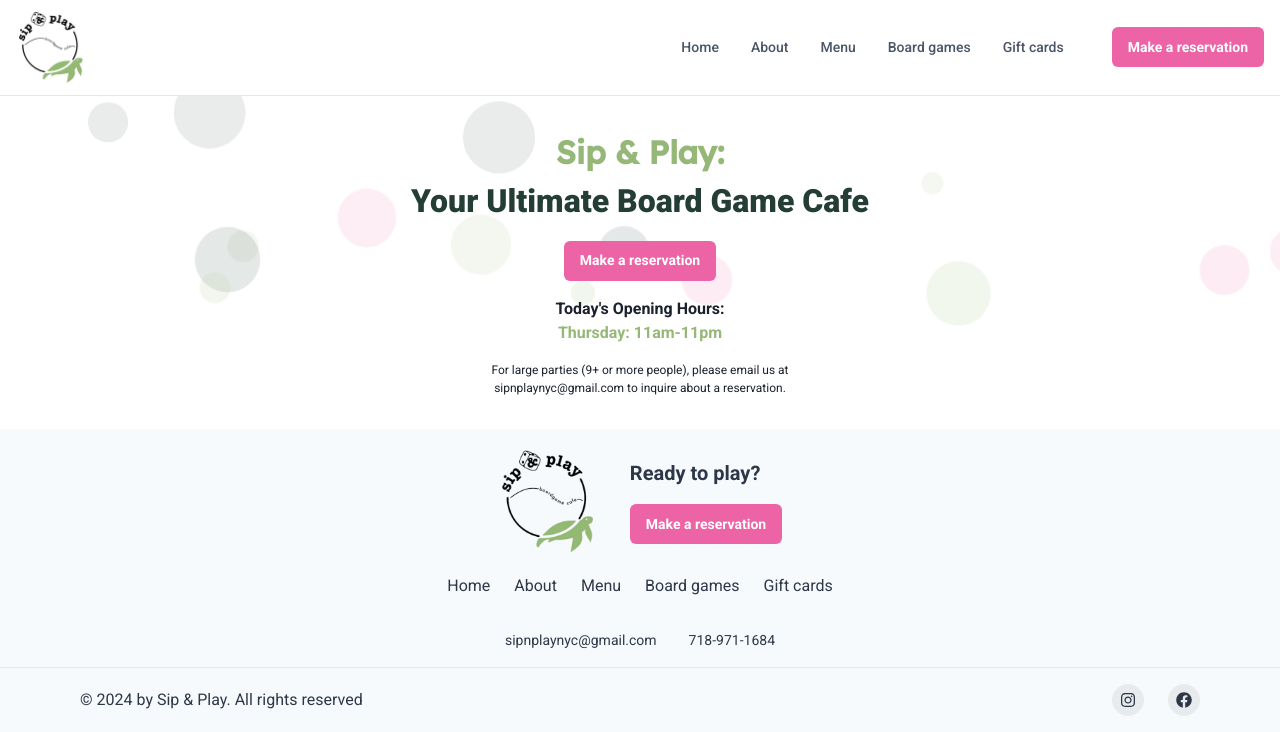
Repository: natespinetti/codedexsummerhackathon
Page: /
The author's editor kept a copy of each file at every save. The page is drawn from the files as they stood at one save, then again after the next save.
The browser window is 1280 px wide. The pictures show the whole page.
The project was rebuilt for these pictures with package versions that can differ from the ones it lists, and the page was loaded fresh each time. The framework's server and built-in components were replaced by stand-ins that run in the browser. Also part of the build but not shown: next.config.mjs.

Above is the page before, as saved 2024-07-11 15:39:00.

### app/layout.tsx
"use client";
import Head from "next/head";
import React from "react";
import Header from "./components/Header";
import Footer from "./components/Footer";
import { Providers } from "./components/Providers";

export default function RootLayout({
  children,
}: {
  children: React.ReactNode;
}) {
  return (
    <html lang="en">
      <Head>
        <title>Sip & Play</title>
        <meta name="description" content="Board games and boba!" />
        <meta name="viewport" content="width=device-width, initial-scale=1" />
        <link rel="icon" href="/favicons/favicon.ico" />
      </Head>
      <body>
        <Providers>
          <Header />
          <main>{children}</main>
          <Footer />
        </Providers>
      </body>
    </html>
  );
}

### app/page.tsx
import Image from "next/image";
import HomeHero from "./components/HomeHero";

export default function Home() {
  return (
    <>
      <HomeHero />
    </>
  );
}

### app/components/Header.tsx
"use client";

import {
  Box,
  Flex,
  Text,
  IconButton,
  Button,
  Stack,
  Collapse,
  Icon,
  Popover,
  PopoverTrigger,
  PopoverContent,
  useColorModeValue,
  useBreakpointValue,
  Image,
  useDisclosure,
} from "@chakra-ui/react";
import {
  HamburgerIcon,
  CloseIcon,
  ChevronDownIcon,
  ChevronRightIcon,
} from "@chakra-ui/icons";

export default function Header() {
  const { isOpen, onToggle } = useDisclosure();

  return (
    <Box>
      <Flex
        bg={useColorModeValue("white", "gray.800")}
        color={useColorModeValue("gray.600", "white")}
        minH={"60px"}
        py={{ base: 2 }}
        px={{ base: 4 }}
        borderBottom={1}
        borderStyle={"solid"}
        borderColor={useColorModeValue("gray.200", "gray.900")}
        align={"center"}
      >
        <Flex
          flex={{ base: 1, md: "auto" }}
          ml={{ base: -2 }}
          display={{ base: "flex", md: "none" }}
        >
          <IconButton
            onClick={onToggle}
            icon={
              isOpen ? <CloseIcon w={3} h={3} /> : <HamburgerIcon w={5} h={5} />
            }
            variant={"ghost"}
            aria-label={"Toggle Navigation"}
          />
        </Flex>
        <Flex flex={{ base: 1 }} justify={{ base: "center", md: "start" }}>
          <Text
            textAlign={useBreakpointValue({ base: "center", md: "left" })}
            fontFamily={"heading"}
            color={useColorModeValue("gray.800", "white")}
          >
            <Image
              maxW="70px"
              src="/logos/sipnplay2.png"
              alt="Sip & Play Logo"
            />
          </Text>

          <Flex
            display={{ base: "none", md: "flex" }}
            mr={10}
            alignItems="center"
            ml="auto"
          >
            <DesktopNav />
          </Flex>
        </Flex>

        <Stack
          flex={{ base: 1, md: 0 }}
          justify={"flex-end"}
          direction={"row"}
          spacing={6}
        >
          {/* <Button
            as={"a"}
            fontSize={"sm"}
            fontWeight={400}
            variant={"link"}
            href={"#"}
          >
            Sign In
          </Button> */}
          <Button
            as={"a"}
            display={{ base: "none", md: "inline-flex" }}
            fontSize={"sm"}
            fontWeight={600}
            color={"white"}
            bg={"pink.400"}
            href={"https://www.exploretock.com/sipnplay/"}
            target="_blank"
            _hover={{
              bg: "pink.300",
            }}
          >
            Make a reservation
          </Button>
        </Stack>
      </Flex>

      <Collapse in={isOpen} animateOpacity>
        <MobileNav />
      </Collapse>
    </Box>
  );
}

const DesktopNav = () => {
  const linkColor = useColorModeValue("gray.600", "gray.200");
  const linkHoverColor = useColorModeValue("gray.800", "white");
  const popoverContentBgColor = useColorModeValue("white", "gray.800");

  return (
    <Stack direction={"row"} spacing={4}>
      {NAV_ITEMS.map((navItem) => (
        <Box key={navItem.label}>
          <Popover trigger={"hover"} placement={"bottom-start"}>
            <PopoverTrigger>
              <Box
                as="a"
                p={2}
                href={navItem.href ?? "#"}
                fontSize={"sm"}
                fontWeight={500}
                color={linkColor}
                _hover={{
                  textDecoration: "none",
                  color: linkHoverColor,
                }}
              >
                {navItem.label}
              </Box>
            </PopoverTrigger>

            {navItem.children && (
              <PopoverContent
                border={0}
                boxShadow={"xl"}
                bg={popoverContentBgColor}
                p={4}
                rounded={"xl"}
                minW={"sm"}
              >
                <Stack>
                  {navItem.children.map((child) => (
                    <DesktopSubNav key={child.label} {...child} />
                  ))}
                </Stack>
              </PopoverContent>
            )}
          </Popover>
        </Box>
      ))}
    </Stack>
  );
};

const DesktopSubNav = ({ label, href, subLabel }: NavItem) => {
  return (
    <Box
      as="a"
      href={href}
      role={"group"}
      display={"block"}
      p={2}
      rounded={"md"}
      _hover={{ bg: useColorModeValue("pink.50", "gray.900") }}
    >
      <Stack direction={"row"} align={"center"}>
        <Box>
          <Text
            transition={"all .3s ease"}
            _groupHover={{ color: "pink.400" }}
            fontWeight={500}
          >
            {label}
          </Text>
          <Text fontSize={"sm"}>{subLabel}</Text>
        </Box>
        <Flex
          transition={"all .3s ease"}
          transform={"translateX(-10px)"}
          opacity={0}
          _groupHover={{ opacity: "100%", transform: "translateX(0)" }}
          justify={"flex-end"}
          align={"center"}
          flex={1}
        >
          <Icon color={"pink.400"} w={5} h={5} as={ChevronRightIcon} />
        </Flex>
      </Stack>
    </Box>
  );
};

const MobileNav = () => {
  return (
    <Stack
      bg={useColorModeValue("white", "gray.800")}
      p={4}
      display={{ md: "none" }}
    >
      {NAV_ITEMS.map((navItem) => (
        <MobileNavItem key={navItem.label} {...navItem} />
      ))}
    </Stack>
  );
};

const MobileNavItem = ({ label, children, href }: NavItem) => {
  const { isOpen, onToggle } = useDisclosure();

  return (
    <Stack spacing={4} onClick={children && onToggle}>
      <Box
        py={2}
        as="a"
        href={href ?? "#"}
        justifyContent="space-between"
        alignItems="center"
        _hover={{
          textDecoration: "none",
        }}
      >
        <Text
          fontWeight={600}
          color={useColorModeValue("gray.600", "gray.200")}
        >
          {label}
        </Text>
        {children && (
          <Icon
            as={ChevronDownIcon}
            transition={"all .25s ease-in-out"}
            transform={isOpen ? "rotate(180deg)" : ""}
            w={6}
            h={6}
          />
        )}
      </Box>

      <Collapse in={isOpen} animateOpacity style={{ marginTop: "0!important" }}>
        <Stack
          mt={2}
          pl={4}
          borderLeft={1}
          borderStyle={"solid"}
          borderColor={useColorModeValue("gray.200", "gray.700")}
          align={"start"}
        >
          {children &&
            children.map((child) => (
              <Box as="a" key={child.label} py={2} href={child.href}>
                {child.label}
              </Box>
            ))}
        </Stack>
      </Collapse>
    </Stack>
  );
};

interface NavItem {
  label: string;
  subLabel?: string;
  children?: Array<NavItem>;
  href?: string;
}

const NAV_ITEMS: Array<NavItem> = [
  {
    label: "Home",
    href: "/",
  },
  {
    label: "About",
    children: [
      {
        label: "Our story",
        subLabel: "Where it all started",
        href: "#",
      },
      {
        label: "Feedback",
        subLabel: "Let us know what you think",
        href: "#",
      },
    ],
  },
  {
    label: "Menu",
    children: [
      {
        label: "Coffee",
        subLabel: "Hot and iced coffee options",
        href: "#",
      },
      {
        label: "Specialty drinks",
        subLabel: "Spice it up with flavors and teas",
        href: "#",
      },
      {
        label: "Boba",
        subLabel: "Who doesn't love boba?",
        href: "#",
      },
      {
        label: "Hot bites",
        subLabel: "Some snacks while you play",
        href: "#",
      },
      {
        label: "Sandwiches & salads",
        subLabel: "Need something more? This is the place",
        href: "#",
      },
      {
        label: "Seasonal specials",
        subLabel: "Bevs to fit the season",
        href: "#",
      },
      {
        label: "Beer/wine",
        subLabel: "Rotating menu from local breweries",
        href: "#",
      },
    ],
  },
  {
    label: "Board games",
    href: "#",
  },
  {
    label: "Gift cards",
    href: "#",
  },
];

### app/components/Footer.tsx
"use client";

import {
  Box,
  chakra,
  Container,
  Stack,
  Text,
  useColorModeValue,
  Button,
  Image,
  VisuallyHidden,
} from "@chakra-ui/react";
import { FaInstagram, FaTwitter, FaYoutube, FaFacebook } from "react-icons/fa";
import { ReactNode } from "react";

const SocialButton = ({
  children,
  label,
  href,
}: {
  children: ReactNode;
  label: string;
  href: string;
}) => {
  return (
    <chakra.button
      bg={useColorModeValue("blackAlpha.100", "whiteAlpha.100")}
      rounded={"full"}
      w={8}
      h={8}
      cursor={"pointer"}
      as={"a"}
      href={href}
      display={"inline-flex"}
      alignItems={"center"}
      justifyContent={"center"}
      transition={"background 0.3s ease"}
      _hover={{
        bg: useColorModeValue("blackAlpha.200", "whiteAlpha.200"),
      }}
    >
      <VisuallyHidden>{label}</VisuallyHidden>
      {children}
    </chakra.button>
  );
};

export default function Footer() {
  return (
    <Box
      bg={useColorModeValue("gray.50", "gray.900")}
      color={useColorModeValue("gray.700", "gray.200")}
    >
      <Container
        as={Stack}
        maxW={"6xl"}
        py={4}
        spacing={4}
        justify={"center"}
        align={"center"}
      >
        <Box display="flex" flexDir="row" alignItems="center" gridGap="2rem">
          <Image
            maxW="100px"
            src="/logos/sipnplay2.png"
            alt="Sip & Play Logo"
          />
          <Box>
            <Text fontWeight={700} fontSize="20px" pb="1rem">
              Ready to play?
            </Text>
            <Button
              as={"a"}
              display={{ base: "none", md: "inline-flex" }}
              fontSize={"sm"}
              fontWeight={600}
              color={"white"}
              bg={"pink.400"}
              href={"https://www.exploretock.com/sipnplay/"}
              target="_blank"
              _hover={{
                bg: "pink.300",
              }}
            >
              Make a reservation
            </Button>
          </Box>
        </Box>
        <Stack direction={"row"} spacing={6}>
          <Box as="a" href={"#"}>
            Home
          </Box>
          <Box as="a" href={"#"}>
            About
          </Box>
          <Box as="a" href={"#"}>
            Menu
          </Box>
          <Box as="a" href={"#"}>
            Board games
          </Box>
          <Box as="a" href={"#"}>
            Gift cards
          </Box>
        </Stack>
        <Box
          display="flex"
          flexDir="row"
          gridGap="2rem"
          fontSize="14px"
          mt="1rem"
        >
          <Text as="a" href={"mailto:sipnplaynyc@gmail.com"}>
            sipnplaynyc@gmail.com
          </Text>
          <Text as="a" href={"tel:718-971-1684"}>
            718-971-1684
          </Text>
        </Box>
      </Container>

      <Box
        borderTopWidth={1}
        borderStyle={"solid"}
        borderColor={useColorModeValue("gray.200", "gray.700")}
      >
        <Container
          as={Stack}
          maxW={"6xl"}
          py={4}
          direction={{ base: "column", md: "row" }}
          spacing={4}
          justify={{ base: "center", md: "space-between" }}
          align={{ base: "center", md: "center" }}
        >
          <Text>© 2024 by Sip & Play. All rights reserved</Text>
          <Stack direction={"row"} spacing={6}>
            <SocialButton
              label={"Instagram"}
              href={"https://www.instagram.com/sipnplaynyc/?hl=en"}
            >
              <FaInstagram />
            </SocialButton>
            <SocialButton
              label={"Facebook"}
              href={"https://www.facebook.com/sipnplaynyc/"}
            >
              <FaFacebook />
            </SocialButton>
          </Stack>
        </Container>
      </Box>
    </Box>
  );
}

### app/components/Providers.tsx
import { SPTheme } from "@/ui/theme/theme";
import { ChakraProvider } from "@chakra-ui/react";
import { ReactNode } from "react";

export function Providers({ children }: { children: ReactNode }) {
  return <ChakraProvider theme={SPTheme}>{children}</ChakraProvider>;
}

### app/components/HomeHero.tsx
"use client";
import { Box, Text, Button, keyframes } from "@chakra-ui/react";
import CurrentDayHours from "./CurrentDaysHours";

const bubbleAnimation = keyframes`
  0% {
    transform: translateY(100px) scale(1);
    opacity: 1;
  }
  100% {
    transform: translateY(-1000px) scale(1.5);
    opacity: 0;
  }
`;

const bubbles = new Array(20).fill(0).map((_, index) => ({
  id: index,
  size: Math.random() * 3 + 1,
  left: Math.random() * 100,
  animationDuration: Math.random() * 20 + 10,
  animationDelay: Math.random() * 100,
}));

export default function HomeHero() {
  return (
    <>
      <Box position="relative" overflow="hidden" h="100%" w="100%">
        {bubbles.map((bubble, index) => (
          <Box
            key={bubble.id}
            position="absolute"
            bottom="0"
            left={`${bubble.left}%`}
            width={`${bubble.size}rem`}
            height={`${bubble.size}rem`}
            bg={
              index % 3 === 0
                ? "rgba(148, 185, 115, 0.3)"
                : index % 3 === 1
                ? "rgba(36, 62, 54, 0.3)"
                : "rgba(237, 100, 166, 0.3)"
            }
            borderRadius="50%"
            animation={`${bubbleAnimation} ${bubble.animationDuration}s linear infinite`}
            transitionDelay={`${bubble.animationDelay}s`}
          />
        ))}
        <Box
          position="relative"
          w="100vw"
          p="2rem"
          display="flex"
          flexDir="column"
          justifyItems="center"
          alignItems="center"
          gridGap="1rem"
          bg="rgba(255, 255, 255, 0.5)"
        >
          <Text
            as="h1"
            fontFamily="body"
            fontWeight="900"
            fontSize="2rem"
            color="#243E36"
            textAlign="center"
          >
            <Text
              as="span"
              color="#95b878"
              fontWeight="900"
              fontFamily="heading"
              fontSize="2rem"
            >
              Sip & Play:
              <br />
            </Text>
            Your Ultimate Board Game Cafe
          </Text>
          <Button
            as={"a"}
            display={{ base: "none", md: "inline-flex" }}
            fontSize={"sm"}
            fontWeight={600}
            color={"white"}
            bg={"pink.400"}
            href={"https://www.exploretock.com/sipnplay/"}
            target="_blank"
            _hover={{
              bg: "pink.300",
            }}
          >
            Make a reservation
          </Button>
          <CurrentDayHours />
          <Text
            fontSize="12px"
            w={{ base: "100%", md: "30%" }}
            textAlign="center"
          >
            For large parties (9+ or more people), please email us at{" "}
            <Text as="a" href="mailto:sipnplaynyc@gmail.com">
              sipnplaynyc@gmail.com
            </Text>{" "}
            to inquire about a reservation.
          </Text>
        </Box>
      </Box>
    </>
  );
}

### ui/theme/theme.tsx
import { extendTheme } from "@chakra-ui/react";
import { fonts } from "./fonts";

const overrides = {
  fonts,
};

export const SPTheme = extendTheme(overrides);

### app/components/CurrentDaysHours.tsx
import React from "react";
import { Box, Text } from "@chakra-ui/react";

const openingHours: { [key: number]: string } = {
  0: "Sunday: 10am-11pm",
  1: "Monday: 11am-11pm",
  2: "Tuesday: 11am-11pm",
  3: "Wednesday: 11am-11pm",
  4: "Thursday: 11am-11pm",
  5: "Friday: 11am-midnight",
  6: "Saturday: 10am-midnight",
};

const CurrentDayHours = () => {
  const currentDay = new Date().getDay();
  const hours = openingHours[currentDay];

  return (
    <Box textAlign="center" fontSize="16px">
      <Text fontWeight="bold" as="span">
        Today's Opening Hours: <Text color="#95b878">{hours}</Text>
      </Text>
    </Box>
  );
};

export default CurrentDayHours;

### ui/theme/fonts.tsx
import { Roboto, Lexend } from "next/font/google";

const roboto = Roboto({
  subsets: ["latin"],
  display: "swap",
  weight: ["100", "300", "400", "500", "700", "900"],
  style: ["normal", "italic"],
});

const lexend = Lexend({
  subsets: ["latin"],
  display: "swap",
  weight: ["300", "400", "500"],
  style: ["normal"],
});

export const fonts = {
  heading: lexend.style.fontFamily,
  body: roboto.style.fontFamily,
};

After the next save:
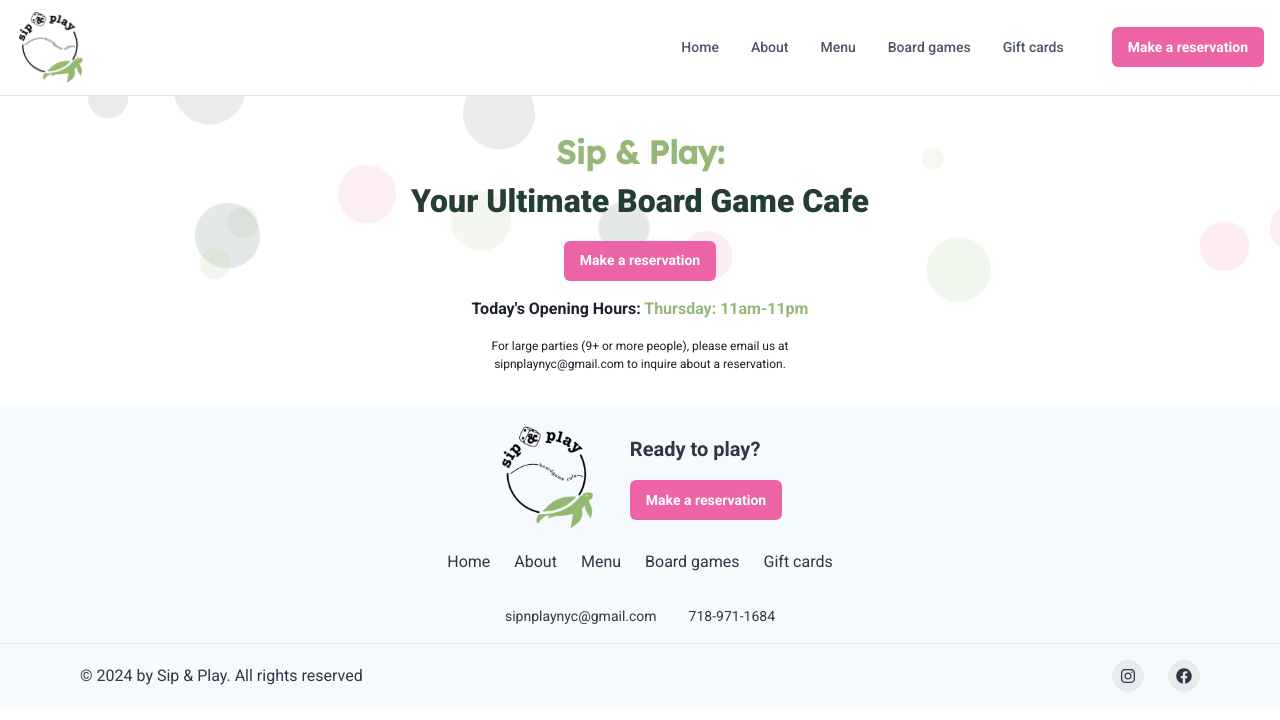
Saved 9 s later.
--- a/app/components/CurrentDaysHours.tsx
+++ b/app/components/CurrentDaysHours.tsx
@@ -17,8 +17,11 @@
 
   return (
     <Box textAlign="center" fontSize="16px">
-      <Text fontWeight="bold" as="span">
-        Today's Opening Hours: <Text color="#95b878">{hours}</Text>
+      <Text fontWeight="bold">
+        Today's Opening Hours:{" "}
+        <Text color="#95b878" as="span">
+          {hours}
+        </Text>
       </Text>
     </Box>
   );
